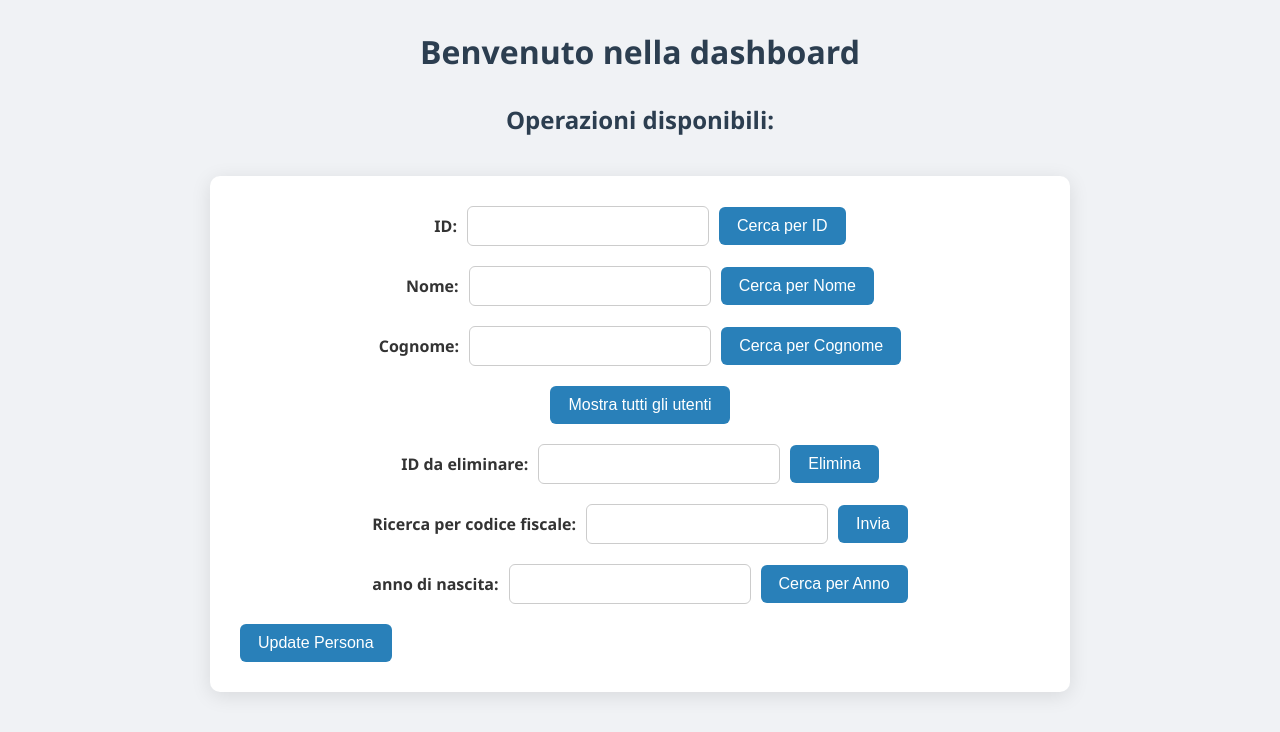
Repository: PcarloP/java_se
Page: http://localhost/anagraficaweb/dashboard.jsp
An editor plug-in stored every save of this project. The page is shown before and after the next save, followed by the edit.
The browser window is 1280 px wide. The pictures show the whole page.
The page is served by Tomcat 10. Other server files are loaded and not shown.

Above is the page before, as saved 2025-06-22 19:24:20.

### anagraficaweb/WebContent/dashboard.jsp
<%@ page language="java" contentType="text/html; charset=UTF-8"%>
<!DOCTYPE html>
<html lang="it">
<head>
<meta charset="UTF-8">
<title>Dashboard</title>
<link rel="stylesheet"
	href="<%=request.getContextPath()%>/dashboard.css">
</head>

<body>
	<h1>Benvenuto nella dashboard</h1>
	<h2>Operazioni disponibili:</h2>


	<div class="forms-container">
		<!-- chiamata alla servlet del metodo  findById con metodo GET-->
		<form action="<%=request.getContextPath() + "/findById"%>"
			method="get">
			<label>ID:</label> <input type="text" name="id" required />
			<button type="submit">Cerca per ID</button>
		</form>


		<!-- chiamata alla servlet del metodo  findByNome con metodo GET-->
		<form action="<%=request.getContextPath() + "/findByNome"%>"
			method="get">
			<label>Nome:</label> <input type="text" name="nome" required />
			<button type="submit">Cerca per Nome</button>
		</form>


		<!-- chiamata alla servlet del metodo  findByCognome con metodo GET -->
		<form action="<%=request.getContextPath() + "/findByCognome"%>"
			method="get">
			<label>Cognome:</label> <input type="text" name="cognome" required />
			<button type="submit">Cerca per Cognome</button>
		</form>


		<!-- chiamata alla servlet del metodo  findAll con metodo GET-->
		<form action="<%=request.getContextPath() + "/findAll"%>" method="get">
			<button type="submit">Mostra tutti gli utenti</button>
		</form>


		<!-- chiamata alla servlet del metodo delete con metodo GET -->
		<form action="<%=request.getContextPath() + "/delete"%>" method="get">
			<label>ID da eliminare:</label> <input type="text" name="id" required />
			<button type="submit">Elimina</button>
		</form>


		<!--  chiamata alla servlet del metodo FindByCf con metodo GET-->
		<form action="<%=request.getContextPath() + "/findByCf"%>"
			method="get">
			<label> Ricerca per codice fiscale: </label> <input type="text"
				name=codicefiscale required />
			<button type="submit">Invia</button>
		</form>


        <!--  chiamata alla servlet del metodo FindByAnno con metodo GET-->
        <form action="<%=request.getContextPath() + "/findbyanno"%>"
			method="get">
			<label>anno di nascita:</label> <input type="text" name="annoNascita" required />
			<button type="submit">Cerca per Anno</button>
		</form>



<!-- Form per aggiornare una persona -->
<button type="button"
        class="button-link"
        onclick="window.location.href='<%=request.getContextPath()%>/updatesetter.jsp'">
    Update Persona
</button>









	</div>
</body>
</html>

### anagraficaweb/WebContent/dashboard.css
body {
    font-family: 'Segoe UI', Tahoma, Geneva, Verdana, sans-serif;
    background-color: #f0f2f5;
    color: #333;
    margin: 0;
    padding: 0;
}


h1, h2 {
    text-align: center;
    color: #2c3e50;
    margin-top: 30px;
}


.forms-container {
    width: 90%;
    max-width: 800px;
    margin: 40px auto;
    padding: 30px;
    background-color: #ffffff;
    border-radius: 10px;
    box-shadow: 0 4px 20px rgba(0, 0, 0, 0.1);
}


form {
    display: flex;
    flex-wrap: wrap;
    align-items: center;
    justify-content: center;
    margin-bottom: 20px;
    gap: 10px;
}

label {
    font-weight: bold;
}

input[type="text"],
input[type="number"] {
    padding: 10px;
    width: 220px;
    border: 1px solid #ccc;
    border-radius: 6px;
    font-size: 1em;
    transition: border-color 0.3s ease;
}

input[type="text"]:focus,
input[type="number"]:focus {
    border-color: #2980b9;
    outline: none;
}

button {
    padding: 10px 18px;
    background-color: #2980b9;
    color: white;
    border: none;
    border-radius: 6px;
    font-size: 1em;
    cursor: pointer;
    transition: background-color 0.3s ease;
}

button:hover {
    background-color: #1c5980;
}

After the next save:
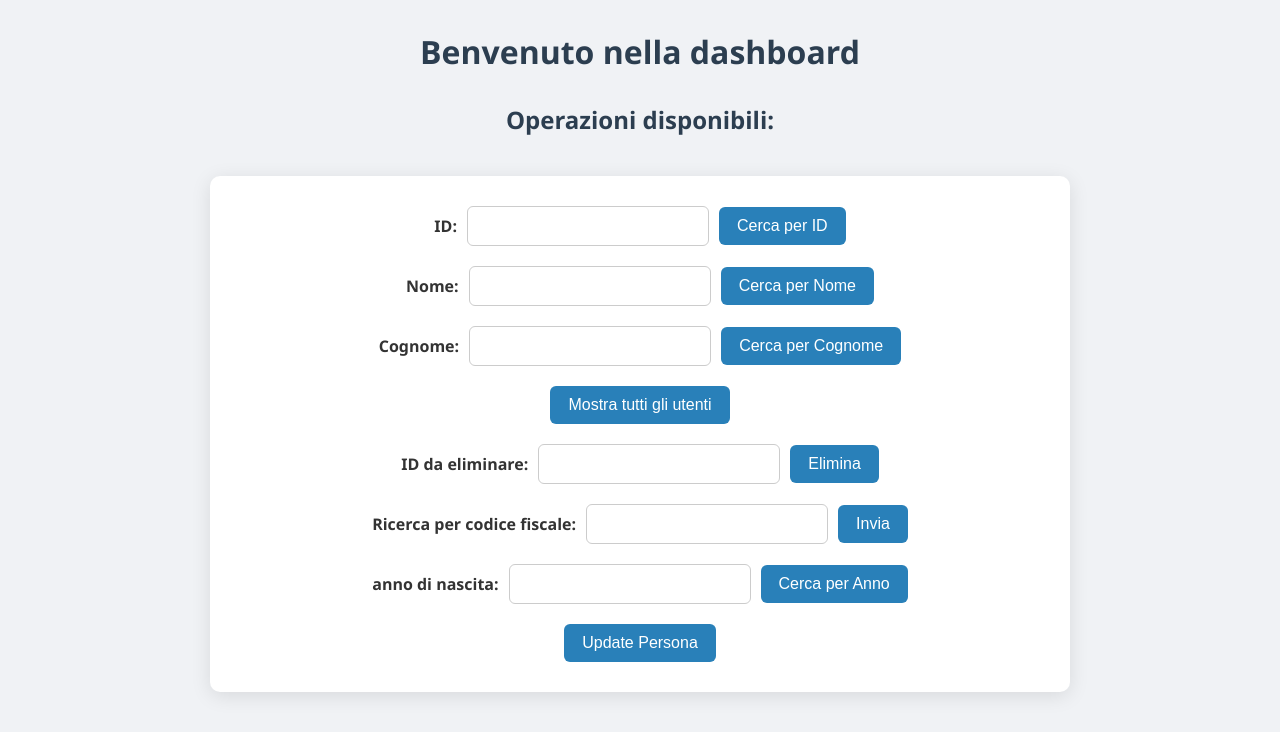
Saved 3 min 28 s later.
--- a/anagraficaweb/WebContent/dashboard.jsp
+++ b/anagraficaweb/WebContent/dashboard.jsp
@@ -70,11 +70,13 @@
 
 
 <!-- Form per aggiornare una persona -->
-<button type="button"
-        class="button-link"
-        onclick="window.location.href='<%=request.getContextPath()%>/updatesetter.jsp'">
-    Update Persona
-</button>
+<div style="text-align: center; margin-top: 20px;">
+  <button type="button"
+          class="button-link"
+          onclick="window.location.href='<%=request.getContextPath()%>/updatesetter.jsp'">
+      Update Persona
+  </button>
+</div>
 
 
 
